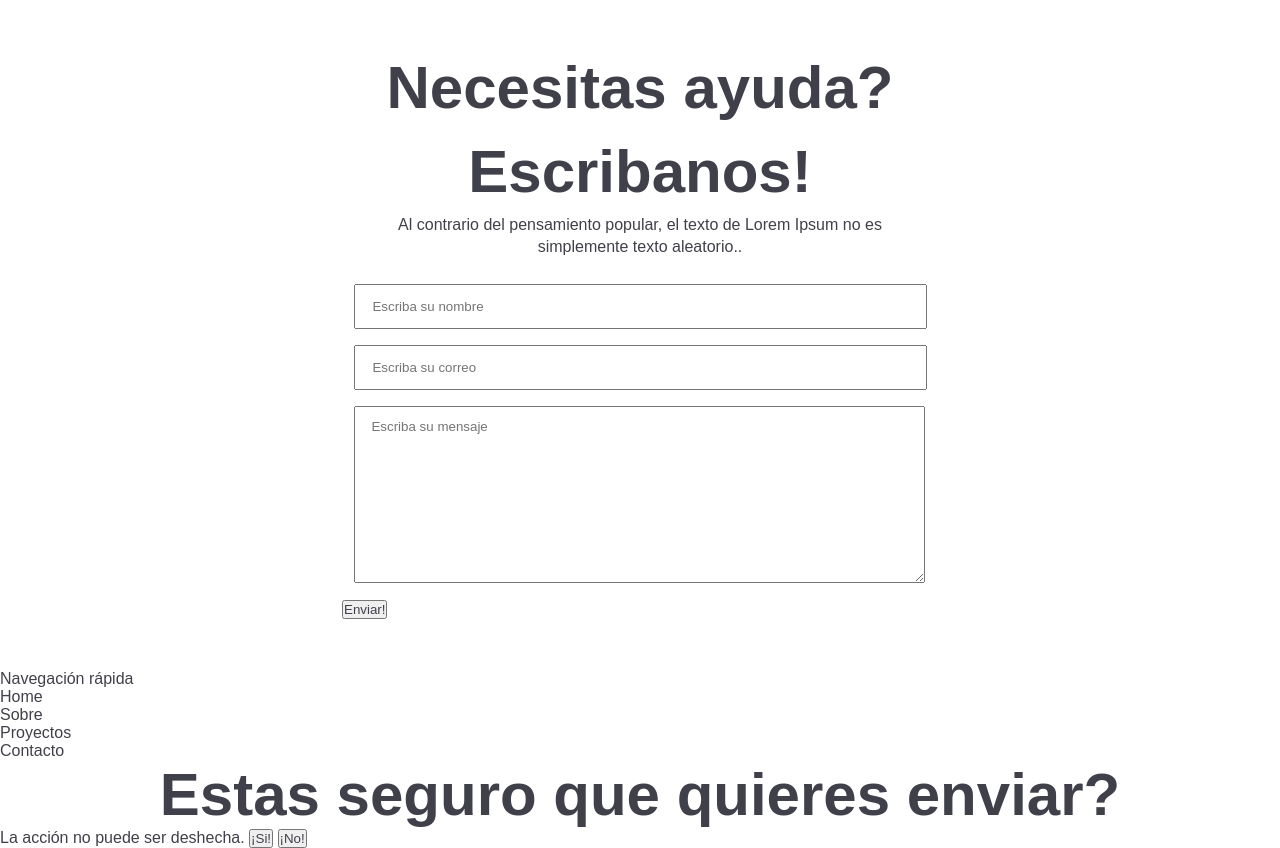
Repository: robsonmarkes/accesibilidad
Page: index.html
These files come from the project's save history. The page is drawn as it stood at one moment and after the next save; the edit follows.
The browser window is 1280 px wide. The pictures show the part of the page from y = 1369 to 2217 px (the page is 2217 px tall).
A picture or video elsewhere on the page could not be fetched, so the positions and the page height are approximate.

Above is the page before, as saved 2022-10-11 10:55:58.

After the next save:
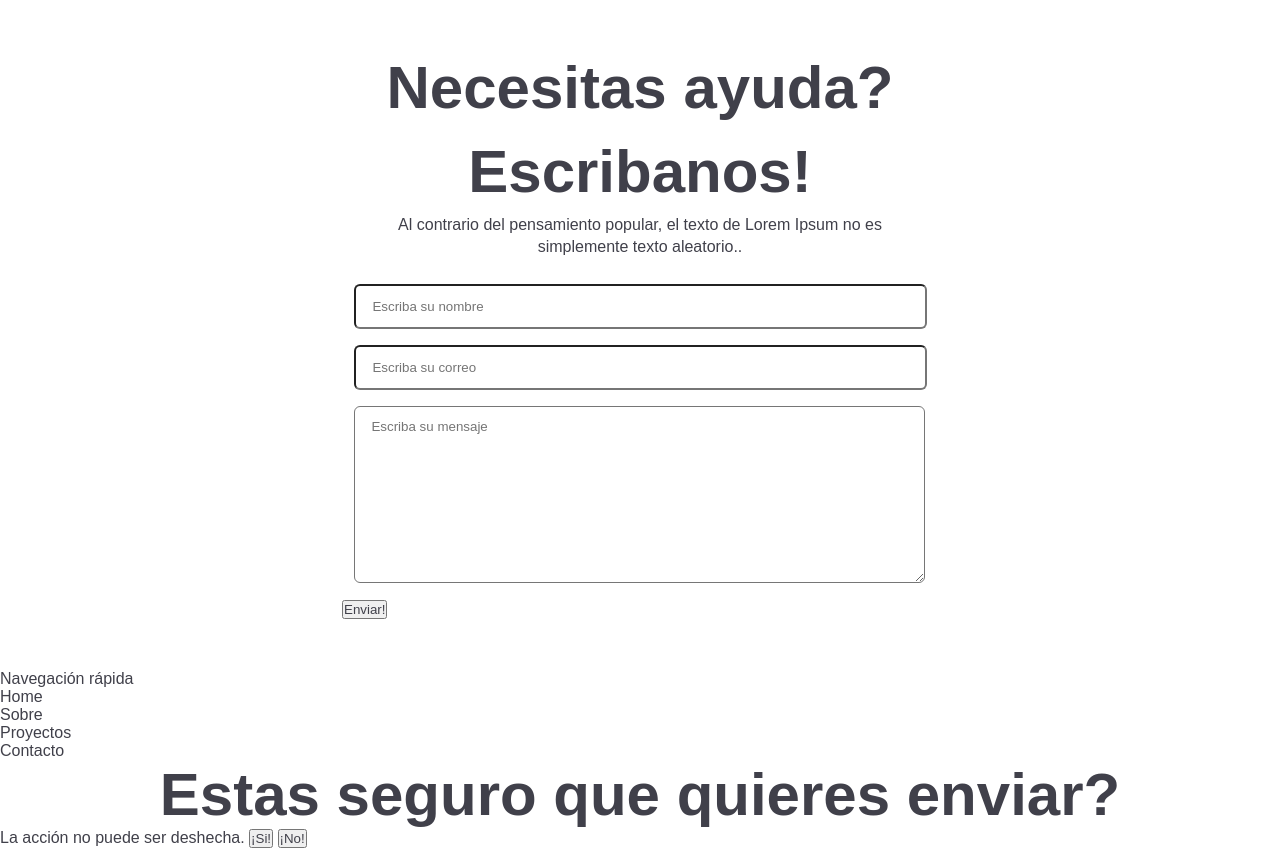
Saved 17 s later.
--- a/style.css
+++ b/style.css
@@ -146,7 +146,7 @@
 .wrap .content .article form .form-group input, .wrap .content .article form .form-group textarea {
     padding: 0.8rem 1rem;
     margin: 0.5rem;
-
+    border-radius: 6px;
     width: 90%;
 
 }

After the save that followed:
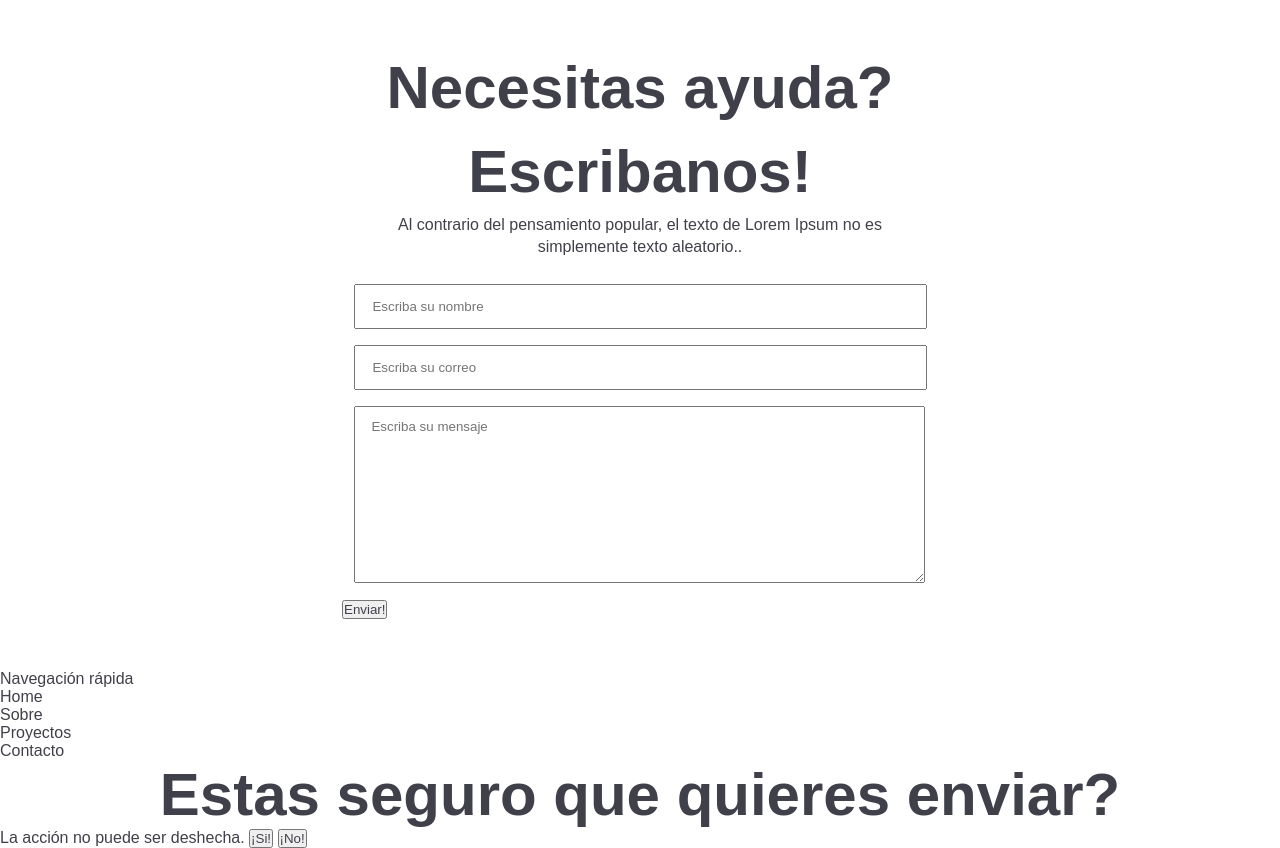
Saved 11 s later.
--- a/style.css
+++ b/style.css
@@ -146,7 +146,7 @@
 .wrap .content .article form .form-group input, .wrap .content .article form .form-group textarea {
     padding: 0.8rem 1rem;
     margin: 0.5rem;
-    border-radius: 6px;
+    border-radius: 6px solid #ccc;
     width: 90%;
 
 }
